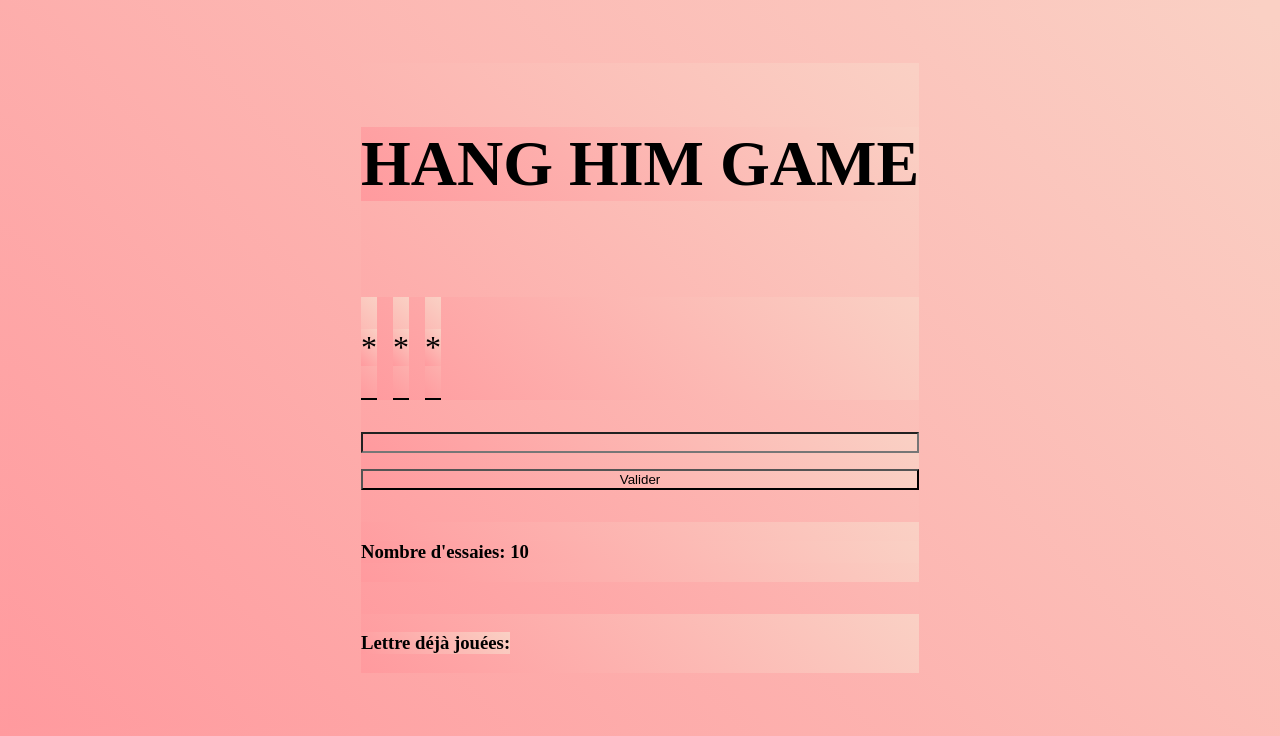
Repository: leandroBarbosaFR/Game-HangHim
Page: index.html
The author's editor kept a copy of each file at every save. The page is drawn from the files as they stood at one save, then again after a run of saves.
The browser window is 1280 px wide. The pictures show the whole page.

Above is the page before, as saved 2022-07-22 18:02:15.

### index.html
<!DOCTYPE html>
<html lang="en">
<head>
  <meta charset="UTF-8">
  <meta http-equiv="X-UA-Compatible" content="IE=edge">
  <meta name="viewport" content="width=device-width, initial-scale=1.0">
  <link rel="stylesheet" href="style.css">
  <link rel="preconnect" href="https://fonts.googleapis.com">
<link rel="preconnect" href="https://fonts.gstatic.com" crossorigin>
<script type="text/javascript" src="script.js"></script>
<link href="https://fonts.googleapis.com/css2?family=Press+Start+2P&display=swap" rel="stylesheet">
  <title>Hang Him Game</title>
</head>
<body>
  <section class="under-modal">
    <section id="jeux">
      <h1>HANG HIM GAME</h1>
      <div id="jeux-container">
      </div>
      <form action="" id="input-form" name="pendu" method="get">
        <input type="text" id="input-letter" name="input-letter" maxlength="1">
        <input type="submit" value="Valider">
      </form>
    </section>
  </section>

</body>

<script type="text/javascript">
  /*
1. Récupération du mot
2. SI WIN est vrai => affiche Bravo tu as gagné
   SINON SI LOOSE est vrai => affiche Dommage, tu as perdu
   SINON:
          3. Show le mot sur l'écran
          4. L'utilisateur écrit une lettre
          5. On compare l'input avec le contenu du mot
                s'il y a un match => win
                    SI la longueur du mot > 0 => on retire la/les lettres du mot et on revient à l'étape 4
                    SINON WIN = TRUE
                s'il n'y a pas de match => loose
                    SI essaies > 0 => nombres d'essaies -1 et on revient à l'étape 4
                    SINON LOOSE = TRUE
*/

// Selection aléatoire d'un mot dans une liste

const wordList = [
  "Love",
  "Happiness",
  "Peace",
  "Joy",
  "motorcycle",
  "Fruit",
  "star",
  "house",
  "table",
  "kids",
  "music",
  "sport",
  "book",
  "tree",
  "pen",
  "orange",
  "Pineapple",
  "Competence",
  "Zoo",
  "Kayak"
];

const randomIndex = Math.floor(Math.random() * wordList.length);
let selectedWord = wordList[randomIndex].toUpperCase();
let wordArray = selectedWord.split("");

/**
 * createElement allows you to create element with tag's name, class' name and attributes.
 * You need to define attributeList before using this function with an array in an array
 *
 *    attributesList = [
 *      ["attribute's name", "value"]
 *    ]
 *
 * @param {*} nameOfTag
 * @param {*} [classesName=null]
 * @param {*} [attributesList=null]
 * @return {*}
 */

function createElement(nameOfTag, classesName = null, attributesList = null) {
  const newElement = document.createElement(nameOfTag);

  if (classesName != null) {
    newElement.classList.add(classesName);
  }

  if (attributesList != null) {
    for (let i = 0; i < attributesList.length; i++) {
      newElement.setAttribute(attributesList[i][0], attributesList[i][1]);
    }
  }

  return newElement;
}



let tries = 10;
let sessionStatus = null;
let lettersAlreadyPlayed = [];

function showWord() {
  const elemJeuxContainer = document.getElementById("jeux-container");

  for (let i = 0; i < selectedWord.length; i++) {
    const createUnkownDiv = createElement("div", "letter-" + i);
    const createKnownDiv = createElement("div", "hidden-letter-" + i);
    createUnkownDiv.innerHTML = "<p>*</p>";
    createKnownDiv.innerHTML = "<p>" + selectedWord[i] + "</p>";
    elemJeuxContainer.appendChild(createUnkownDiv);
    elemJeuxContainer.appendChild(createKnownDiv);
    document.getElementsByClassName("letter-" + i)[0].classList.add("letter");
    document
      .getElementsByClassName("hidden-letter-" + i)[0]
      .classList.add("hidden");
  }
  return elemJeuxContainer;
}
showWord();

// Affichage de la solution
const elemJeux = document.getElementById("jeux");
const numberOfTriesDiv = createElement("div", "numberOfTries");
numberOfTriesDiv.innerHTML = "<h3>Nombre d'essaies: " + tries + "</h3>";
elemJeux.appendChild(numberOfTriesDiv);

// Affichage des lettres jouées
const lettersPlayedDiv = createElement("div", "lettersPlayed");
lettersPlayedDiv.innerHTML = "<h3>Lettre déjà jouées: </h3>";
elemJeux.appendChild(lettersPlayedDiv);

/**
 * getIndexOfLetter will return selectedWord indexes of userInputValue or an empty array
 *
 *
 * @param {*} letter
 * @param {*} string
 * @return {*}
 */

function getIndexOfLetter(letter, word) {
  const letterIndex = [];
  let i = -1;
  while ((i = word.indexOf(letter, i + 1)) >= 0) letterIndex.push(i);
  return letterIndex;
}

const selectedForm = document.getElementById("input-form");
const getUserInput = document.getElementById("input-letter");

// Création du bouton replay

const replayButtonAttributes = [
  ["type", "submit"],
  ["id", "Replay"],
  ["value", "Rejouer"],
  ["onclick", "replay(this)"]
]

const createReplayInput = createElement("input", "hidden", replayButtonAttributes);
elemJeux.appendChild(createReplayInput);


// console.log(test);

selectedForm.addEventListener("submit", (e) => {
  e.preventDefault();
  if (!getUserInput.value) {
    alert("Veuillez entrer une lettre");
  }
  let userInputValue = getUserInput.value.toUpperCase();
  getUserInput.value = "";

  lettersAlreadyPlayed.push(userInputValue);

  console.log(lettersAlreadyPlayed);

  //On ajoute les lettres jouées
  lettersPlayedDiv.innerHTML += "<p> " + userInputValue + " </p>";

  let compareLetter = getIndexOfLetter(userInputValue, selectedWord);
  console.log(compareLetter.keys);

  if (compareLetter.length > 0) {
    if (compareLetter.length === 1) {
      const allClassElem = document.getElementsByClassName(
        "hidden-letter-" + compareLetter[0]
      )[0];
      const allClassElem2 = document.getElementsByClassName(
        "letter-" + compareLetter[0]
      )[0];

      allClassElem.classList.remove("hidden");
      allClassElem2.classList.add("hidden");
    }
    for (let i = 0; i < compareLetter.length; i++) {
      const allClassElem = document.getElementsByClassName(
        "hidden-letter-" + compareLetter[i]
      )[0];
      const allClassElem2 = document.getElementsByClassName(
        "letter-" + compareLetter[i]
      )[0];

      allClassElem.classList.remove("hidden");
      allClassElem2.classList.add("hidden");
    }

    // Redéfinition du Tableau des lettres
    wordArray = wordArray.map(function (val, i) {
      return val === userInputValue ? null : val;
    });

    const allEqual = (anotherArray) =>
      anotherArray.every((v) => v === anotherArray[0]);

    if (allEqual(wordArray) === true) {
      sessionStatus = "victory";
      document.getElementById("jeux-container").remove();
      document.getElementById("input-form").remove();
      document.getElementsByClassName("lettersPlayed")[0].classList.add("hidden");

      document.getElementById("Replay").classList.remove("hidden");

      const victoryDiv = document.createElement("div");
      numberOfTriesDiv.innerHTML = "<h3>Bravo vous avez gagné</h3>";
      elemJeux.appendChild(victoryDiv);

      console.log(elemJeux);
    }
  } else {
    tries--;
    if (tries !== 0) {
      numberOfTriesDiv.innerHTML = "<h3>Nombre d'essaies: " + tries + "</h3>";
    } else {
      sessionStatus = "defeat";
      document.getElementById("jeux-container").remove();
      document.getElementById("input-form").remove();
      document.getElementsByClassName("lettersPlayed")[0].classList.add("hidden");

      document.getElementById("Replay").classList.remove("hidden");

      const deafeatDiv = document.createElement("div");
      numberOfTriesDiv.innerHTML = "<h3>Dommage vous avez perdu</h3>";

      const revealWordDiv = document.createElement("div");
      revealWordDiv.innerHTML = "<h3>Le mot à trouver était: </h3>" + selectedWord;

      elemJeux.appendChild(deafeatDiv);
      elemJeux.appendChild(revealWordDiv);
    }
  }
});

function replay() {
  window.location.reload("Replay");
}


</script>
</html>

### style.css
* {
  background-image: linear-gradient(45deg, #ff9a9e 0%, #fad0c4 99%, #fad0c4 100%);
}

.container {
  width: 100%;
  height: 100%;
  display: flex;
  justify-content: center;
  align-items: center;
  flex-direction: column;

}

span {
  font-family: 'Press Start 2P', cursive;
  font-size: 50px;
}

ul,
ol,
a {
  text-decoration: none;
  list-style: none;
  color: black;
}

.under-modal {
  display: flex;
  justify-content: center;
  align-items: center;
  flex-flow: column wrap;
  gap: 3rem;
  background-color: bisque;
  height: 100vh;
  width: 100%;
}

.under-modal h1 {
  font-size: 4rem;
}

button {
  font-size: 2rem;
  padding: 1.5rem 2.25rem;
  border: none;
  cursor: pointer;
  border-radius: 50px;
  background: linear-gradient(145deg, #e6cdb0, #fff4d2);
  box-shadow: 20px 20px 60px #d9c2a7, -20px -20px 60px #ffffe1;
}

button:hover {
  border-radius: 50px;
  background: #ffe4c4;
  box-shadow: inset 20px 20px 60px #d9c2a7, inset -20px -20px 60px #ffffe1;
}

.modal {
  position: relative;
  top: calc(-50vh - 200px);
  height: max-content;
  width: 400px;
  margin: 0 auto;
  padding: 3rem;
  background: rgba(0, 0, 0, 0.12);
  border-radius: 16px;
  box-shadow: 0 4px 30px rgba(0, 0, 0, 0.1);
  backdrop-filter: blur(9.5px);
  -webkit-backdrop-filter: blur(9.5px);
  border: 1px solid rgba(0, 0, 0, 0.32);
}

.close {
  position: absolute;
  top: 1rem;
  right: 1rem;
  color: red;
  font-size: 2rem;
}

.close:hover {
  transform: scale(1.5);
  cursor: pointer;
}


.formulaire{
  padding: 1rem;
}

form{

    display: flex;
    flex-flow: column wrap;
    gap: 1rem;
  }

  #jeux{
    display: flex;
    flex-flow: column wrap;
    gap: 2rem;
  }

  #jeux-container{
    display: flex;
    gap: 1rem;
    flex-flow: row wrap;
  }

  .letter{
    height: max-content;
    width: max-content;
    border-bottom: 2px solid black;
    font-size: 2rem;
    text-transform: uppercase;
  }

  .lettersPlayed{
    display: flex;
  flex-flow: row wrap;
  gap:1rem;
}

.hidden {
  display: none;
}

Loaded but not shown: script.js (no stored copy; drawn as an empty file)

After the next 6 saves:
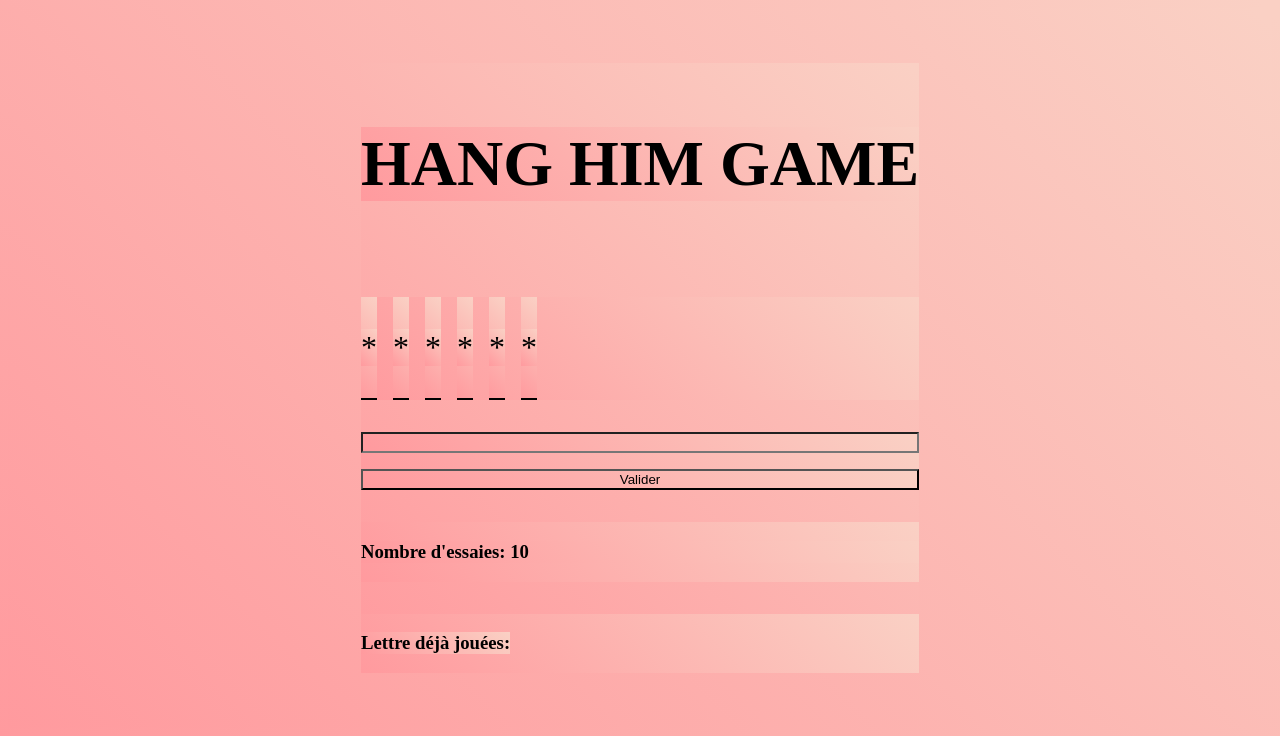
The 6 saves are shown as one change because they came seconds apart.
The last was saved 18 s later.
--- a/index.html
+++ b/index.html
@@ -63,9 +63,9 @@ const wordList = [
   "pen",
   "orange",
   "Pineapple",
-  "Competence",
-  "Zoo",
-  "Kayak"
+  "apple",
+  "banana",
+  "juice",
 ];
 
 const randomIndex = Math.floor(Math.random() * wordList.length);
